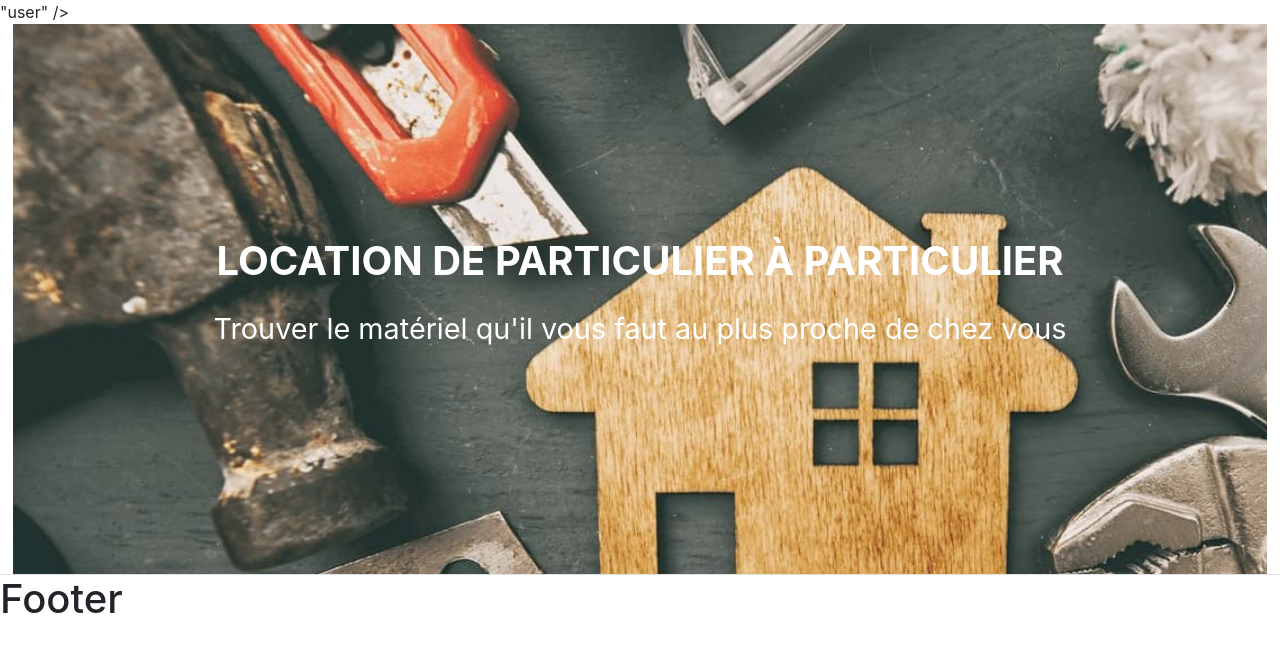
Repository: johan1412/rentme-front
Page: /
An editor plug-in stored every save of this project. The page is shown before and after the next save, followed by the edit.
The browser window is 1280 px wide. The pictures show the whole page.
The page's requests for data from a server got no answer. The project was rebuilt for these pictures with package versions that can differ from the ones it lists, and the page was loaded fresh each time. No one was signed in, and anything a server would have sent is missing. Also part of the build but not shown: vue.config.js, src/components/form/LoginForm.vue, src/components/pages/common/auth/LoginPage.vue, src/components/form/RegisterForm.vue, src/components/pages/common/auth/RegisterPage.vue.

Above is the page before, as saved 2022-01-05 02:13:07.

After the next save:
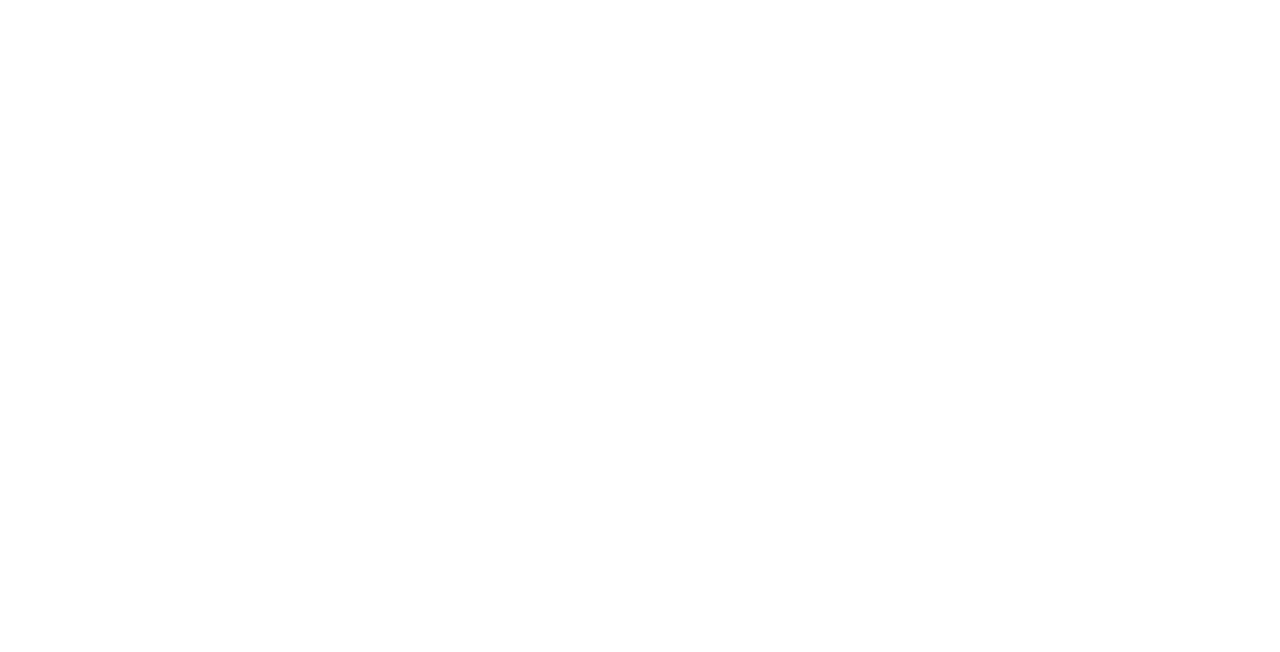
Console error: ReferenceError: props is not defined
Saved 25 s later.
--- a/src/components/layout/NavBar.vue
+++ b/src/components/layout/NavBar.vue
@@ -22,25 +22,7 @@
 
 export default {
   name: "NavBar",
-  data: () => ({
-    authentificated: false,
-  }),
-   mounted: () => {
-    if(localStorage.getItem("token") !== null){
-      this.authentificated = true
-    }
-  },
-  computed: {
-    connected: function () {
-      return this.authentificated
-    },
-  },
-  methods: {
-    logout: function () {
-      localStorage.removeItem("token",'');
-      localStorage.removeItem("userId",'');
-    },
-  },
+  props
 };
 </script>
 <style scoped>

After the save that followed:
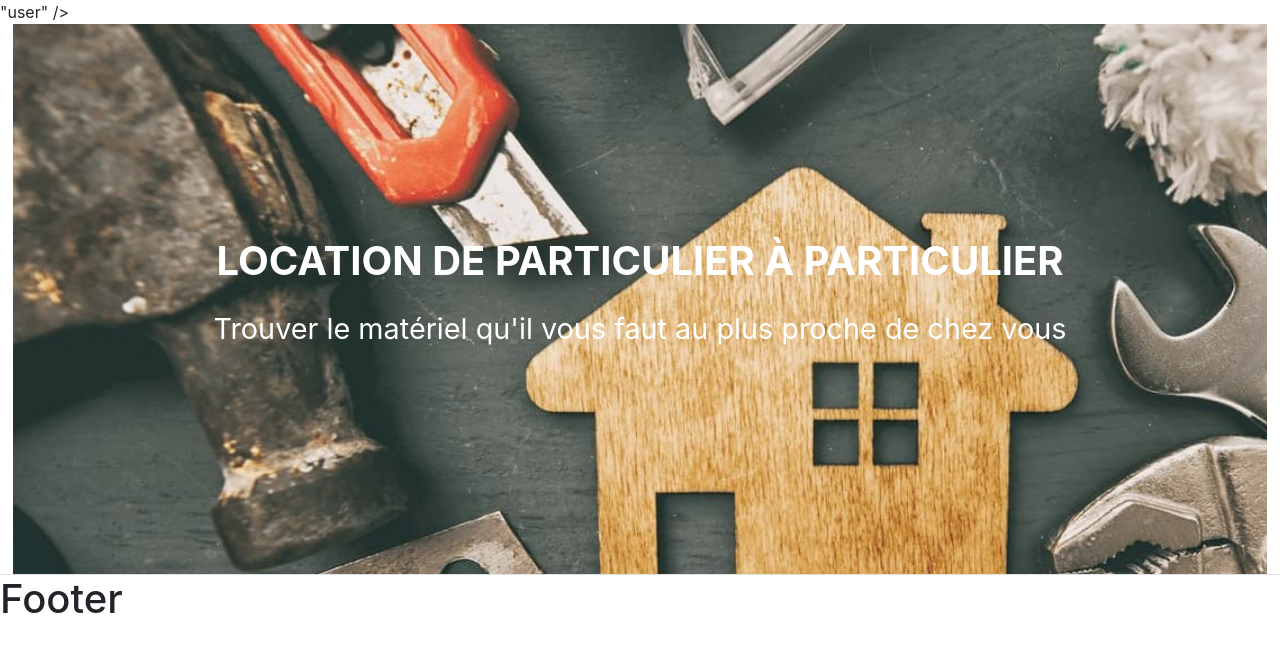
The error is gone.
Saved 6 s later.
--- a/src/components/layout/NavBar.vue
+++ b/src/components/layout/NavBar.vue
@@ -22,7 +22,7 @@
 
 export default {
   name: "NavBar",
-  props
+  props:['user']
 };
 </script>
 <style scoped>
